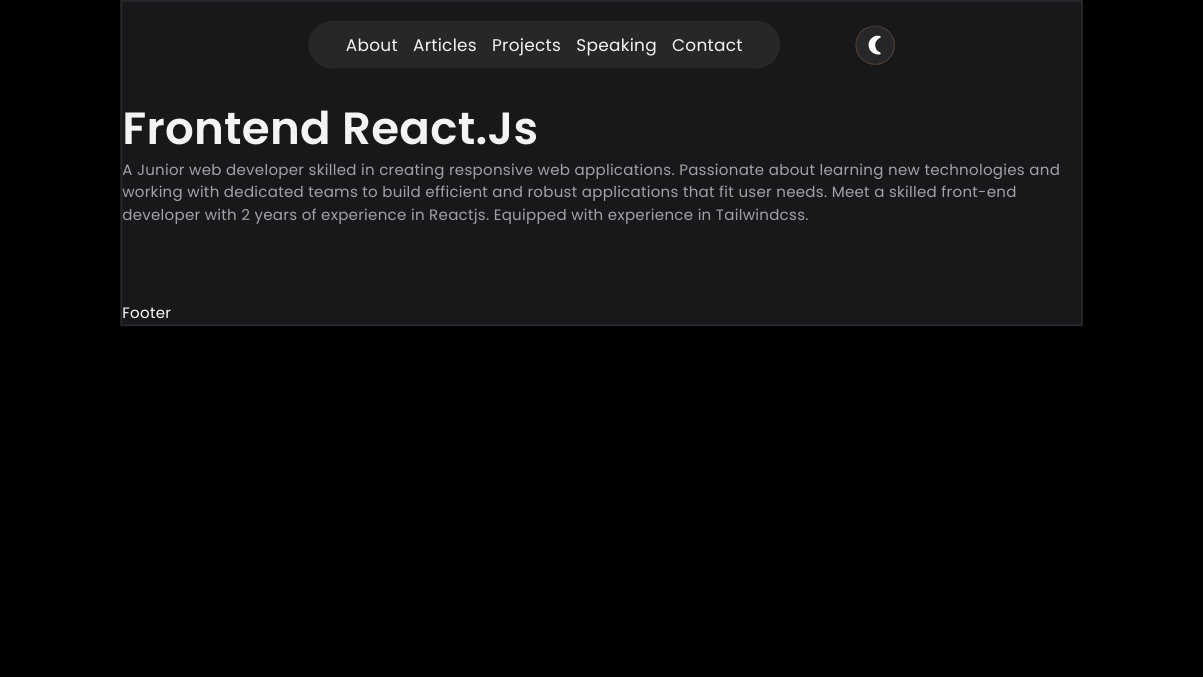
Repository: Wafaabahgat/Portfolio
Page: /
An editor plug-in stored every save of this project. The page is shown before and after a run of saves, followed by the edit.
The browser window is 1280 px wide. The pictures show the whole page, at 94% of full size.
The project was rebuilt for these pictures with package versions that can differ from the ones it lists, and the page was loaded fresh each time. Also part of the build but not shown: vite.config.ts, src/App.css.

Above is the page before, as saved 2023-12-08 03:14:37.

After the next 7 saves:
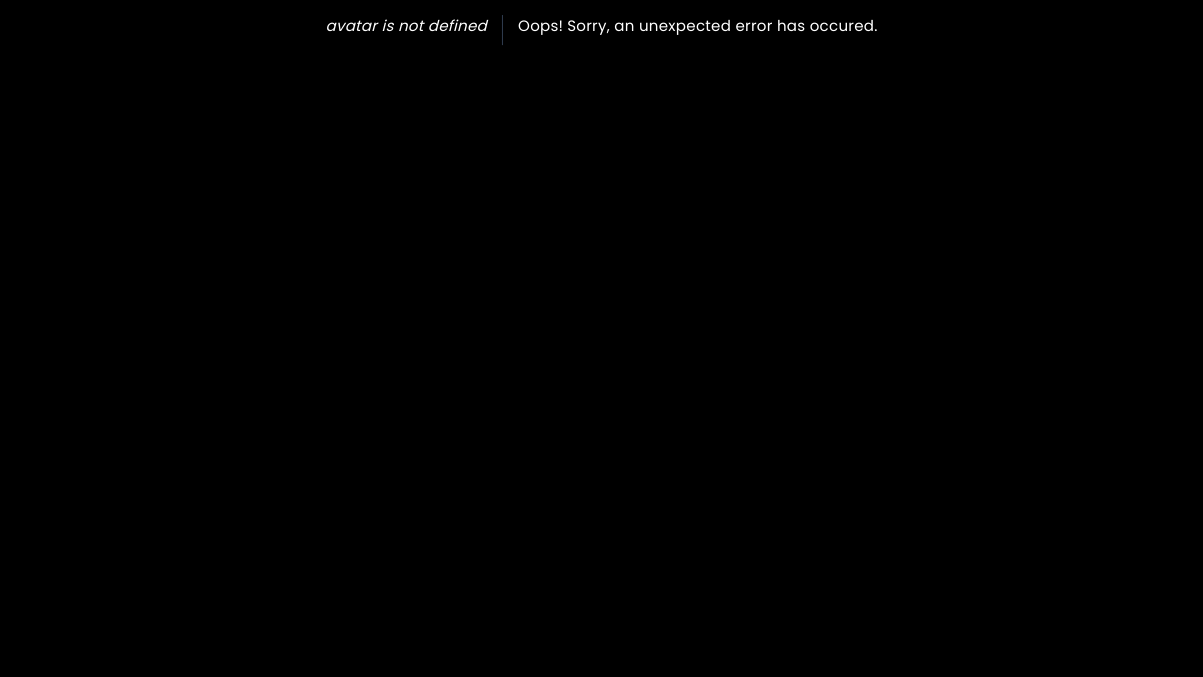
Console error: ReferenceError: avatar is not defined
The 7 saves are shown as one change because 1 did not build or start and some came seconds apart.
The last was saved 26 s later.
--- a/src/components/home/Hero.tsx
+++ b/src/components/home/Hero.tsx
@@ -7,6 +7,7 @@
     <>
       <div className="mt-10">
         <div>
+          <img src={avatar}/>
           <h1 className="text-main-title font-semibold text-5xl mb-2 capitalize">
             frontend react.js
           </h1>

After the 5 saves that followed:
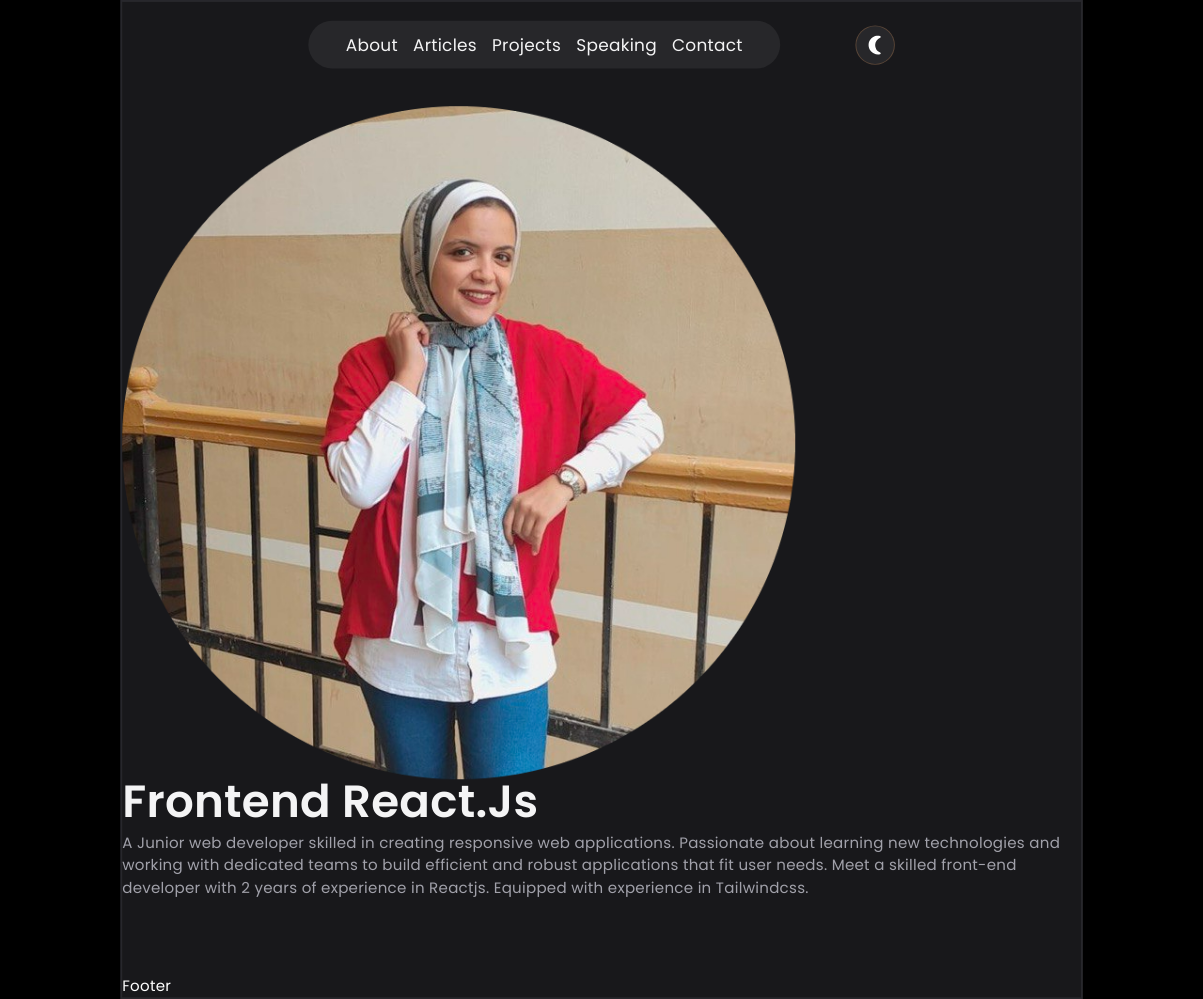
The error is gone.
The 5 saves are shown as one change because 1 left the picture as it was and some came seconds apart.
The last was saved 2 min 2 s later.
--- a/src/components/home/Hero.tsx
+++ b/src/components/home/Hero.tsx
@@ -1,4 +1,5 @@
 import { FC } from "react";
+import avatar from "../../assets/avatar1.png";
 
 interface HeroProps {}
 
@@ -7,7 +8,7 @@
     <>
       <div className="mt-10">
         <div>
-          <img src={avatar}/>
+          <img src={avatar} />
           <h1 className="text-main-title font-semibold text-5xl mb-2 capitalize">
             frontend react.js
           </h1>
